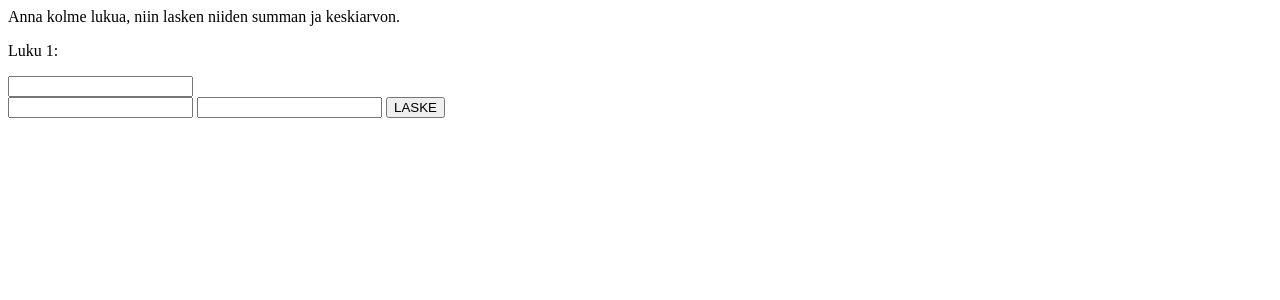
Repository: koodaajakige/knykanen
Page: public_html/be/kolmelukua.html
The author's editor kept a copy of each file at every save. The page is drawn from the files as they stood at one save, then again after the next save.
The browser window is 1280 px wide. The pictures show the whole page.

Above is the page before, as saved 2022-10-14 14:52:34.

### public_html/be/kolmelukua.html
<head></head>
    <meta charset="UTF-8">
</head>
<body>

<p>Anna kolme lukua, niin lasken niiden summan ja keskiarvon.</p>
<form action="bmi.php" method="GET">
    <p>Luku 1:</p>
    <input type="text" name="luku1"><br>
    <input type="text" name="luku2">
    <input type="text" name="luku3">
    <input type="submit" value="LASKE">
</form>
</body>

After the next save:
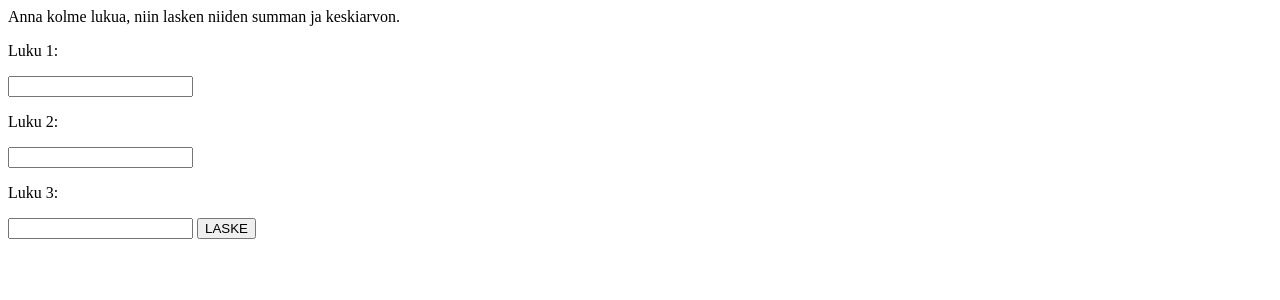
Saved 58 s later.
--- a/public_html/be/kolmelukua.html
+++ b/public_html/be/kolmelukua.html
@@ -7,7 +7,9 @@
 <form action="bmi.php" method="GET">
     <p>Luku 1:</p>
     <input type="text" name="luku1"><br>
+    <p>Luku 2:</p>
     <input type="text" name="luku2">
+    <p>Luku 3:</p>
     <input type="text" name="luku3">
     <input type="submit" value="LASKE">
 </form>
